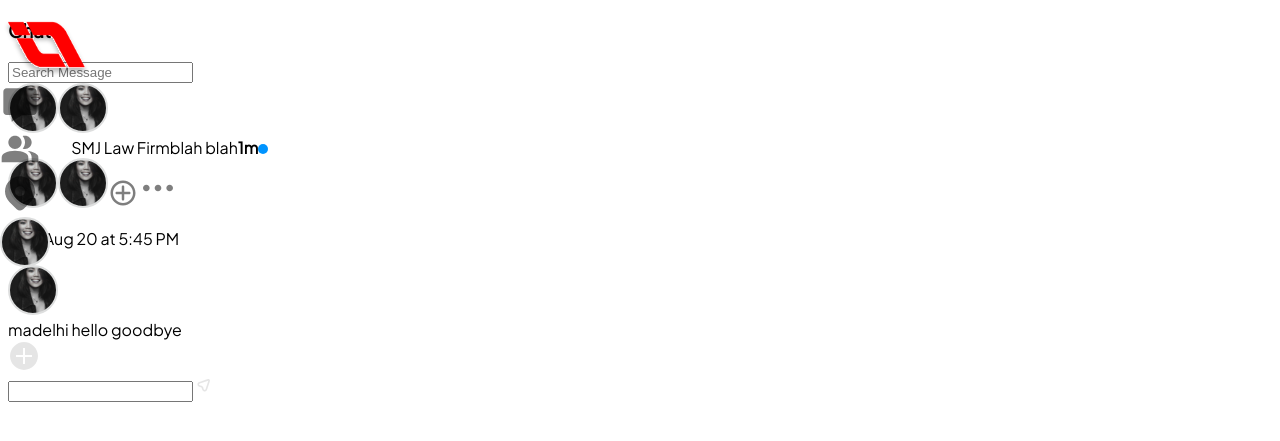
Repository: Nicktacku/LawChat
Page: /homechat (app in frontend/lawchat/)
An editor plug-in stored every save of this project. The page is shown before and after the next save, followed by the edit.
The browser window is 1280 px wide. The pictures show the whole page.
The project was rebuilt for these pictures with package versions that can differ from the ones it lists, and the page was loaded fresh each time. Also part of the build but not shown: frontend/lawchat/src/styles/button.css, frontend/lawchat/src/components/Button.js, frontend/lawchat/src/pages/Home.js, frontend/lawchat/src/pages/Login.js, frontend/lawchat/src/pages/Test.js.

Above is the page before, as saved 2024-08-15 14:09:48.

After the next save:
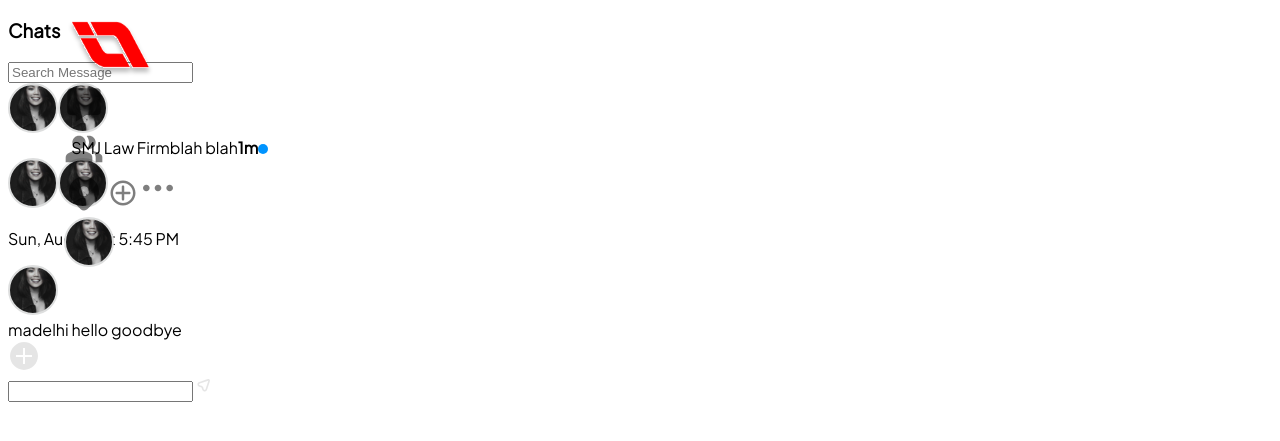
Saved 9 s later.
--- a/frontend/lawchat/src/styles/homechat.css
+++ b/frontend/lawchat/src/styles/homechat.css
@@ -6,6 +6,7 @@
     left: 0;
     overflow-x: hidden;
     padding-top: 16px;
+    margin-left: 5%;
   }
 
 .img{

After the save that followed:
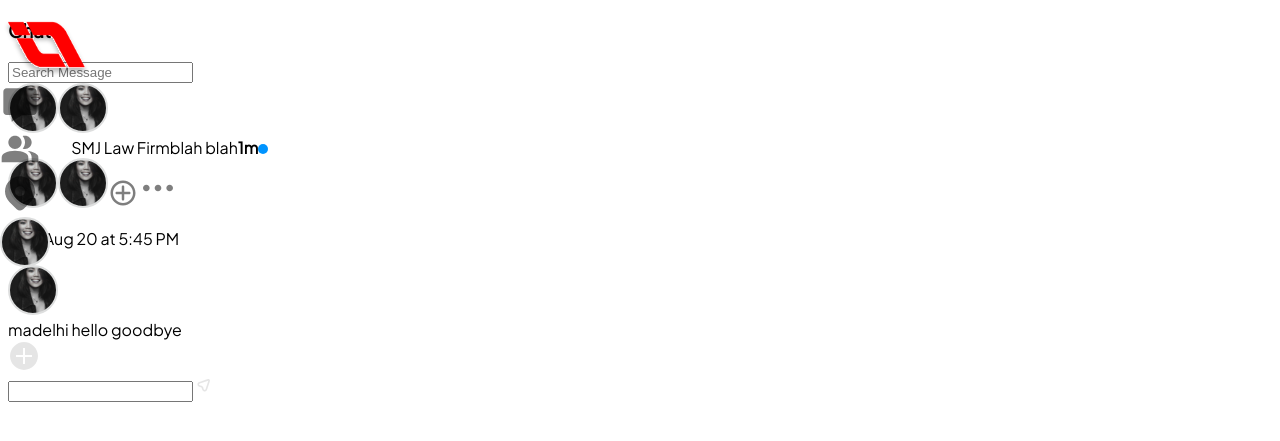
Saved 21 s later.
--- a/frontend/lawchat/src/styles/homechat.css
+++ b/frontend/lawchat/src/styles/homechat.css
@@ -6,7 +6,7 @@
     left: 0;
     overflow-x: hidden;
     padding-top: 16px;
-    margin-left: 5%;
+    margin-right: 5%;
   }
 
 .img{
